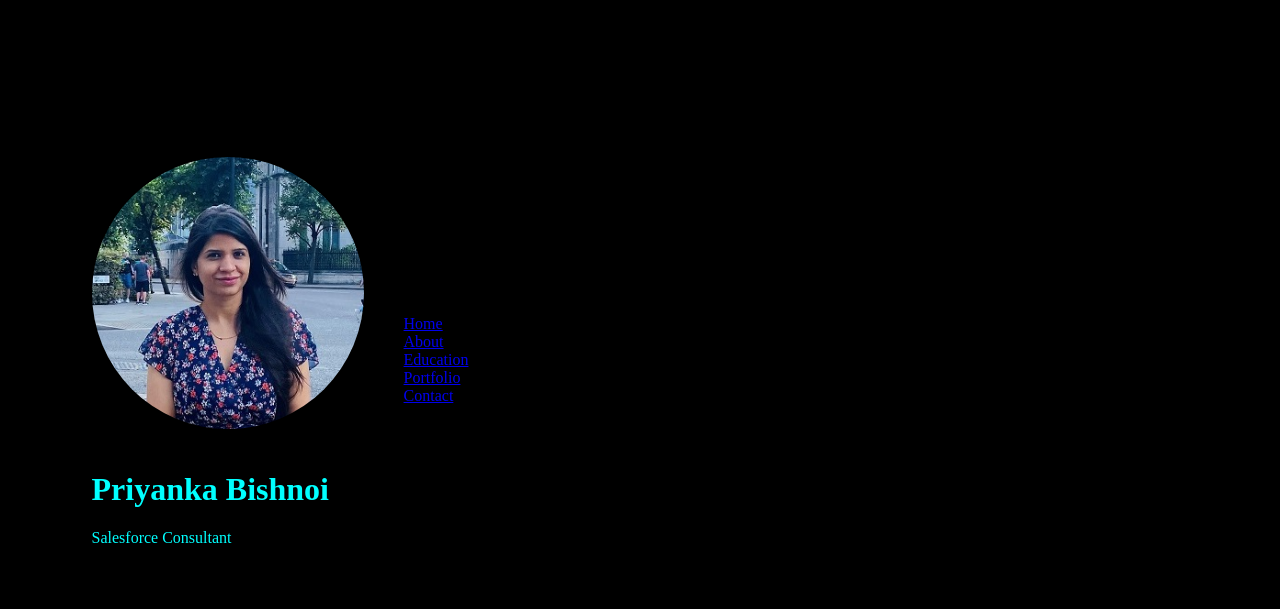
Repository: priyanka-bishnoi/PortfolioPage
Page: MyPage.html
These files come from the project's save history. The page is drawn as it stood at one moment and after the next save; the edit follows.
The browser window is 1280 px wide. The pictures show the whole page.

Above is the page before, as saved 2022-10-07 00:26:03.

### MyPage.html
<!DOCTYPE html>
<html>
<head>
    <link rel="stylesheet" href="css/style.css">
<style>
body {
  background-color: black;
}
</style>
</head>
<body>
<header>
    <div class= "user">
        <img src="Background1.jpg"/>
        <h1 class="name" style="color:aqua">Priyanka Bishnoi</h1>
        <p class="post" style="color:aqua">Salesforce Consultant</p>
    </div>

    <nav class="navBar">
        <ul>
            <li> <a href="#home">Home</a></li>
            <li> <a href="#about">About</a></li>
            <li> <a href="#education">Education</a></li>
            <li> <a href="#portfolio">Portfolio</a></li>
            <li> <a href="#contact">Contact</a></li>

        </ul>


    </nav>


</header>
</body>
</html>

### css/style.css
header {
    position:fixed;
    top:0; left:0;
    z-index:1000;
    height:100%;
    width:35rem;
    background:black;
    display:flex;
    align-items:center;
    justify-content: center;
}
body{
    background: #111;
}
header .user img {
    height: 17rem;
    width: 17rem;
    border-radius: 50%;
    object-fit: cover;
    margin-bottom: 1rem;
    border: 0.7rem solid var(--yellow);
}

After the next save:
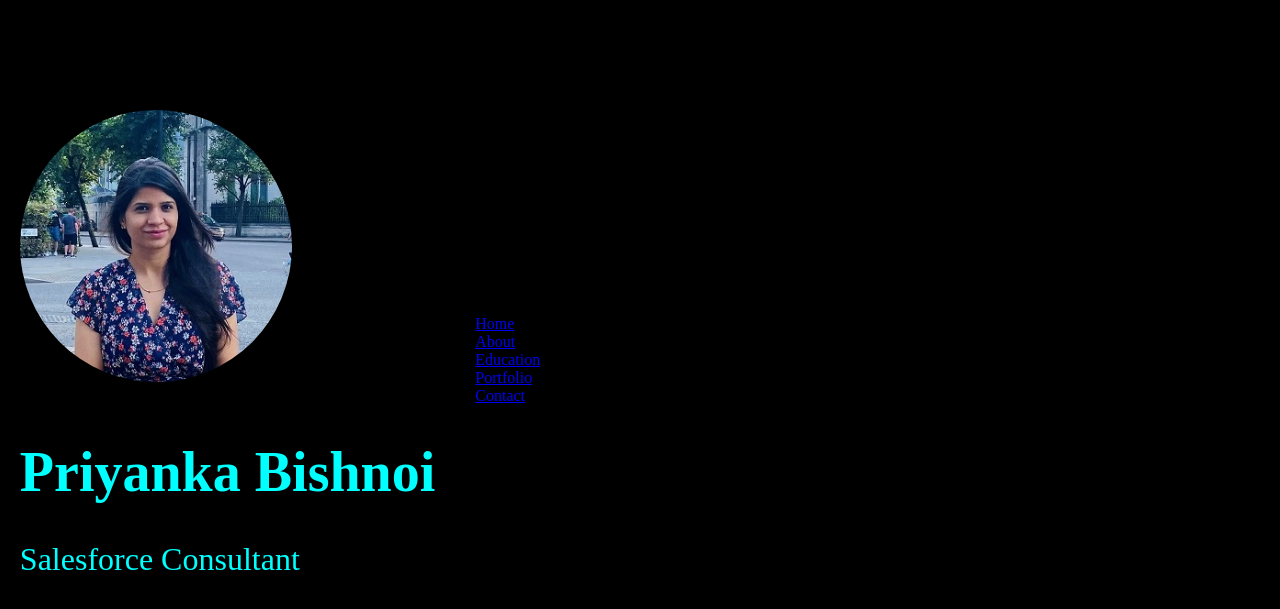
Saved 3 min 4 s later.
--- a/css/style.css
+++ b/css/style.css
@@ -20,3 +20,11 @@ header .user img {
     margin-bottom: 1rem;
     border: 0.7rem solid var(--yellow);
 }
+header .user .name{
+    font-size:3.5rem;
+    color:whitesmoke;
+}
+header .user .post{
+    font-size:2rem;
+    color:whitesmoke;
+}
